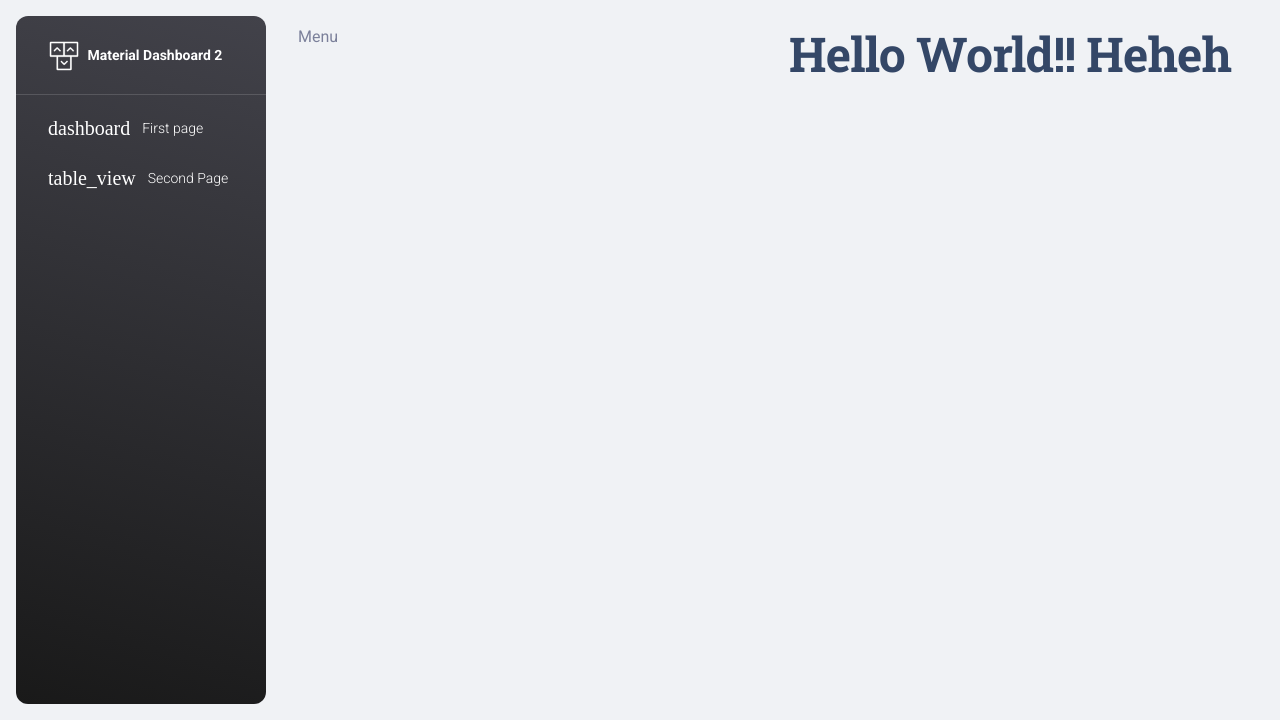
Repository: thyagobrejao/hassio-addons
Page: http://localhost/
The author's editor kept a copy of each file at every save. The page is drawn from the files as they stood at one save, then again after the next save.
The browser window is 1280 px wide. The pictures show the whole page.
Some web libraries are served in a nearby version. The page is served by the project's application, run on Flask 3 (cloudflare_tunnel/front/app.py). Other server files are loaded and not shown.

Above is the page before, as saved 2022-05-18 17:39:24.

### cloudflare_tunnel/front/templates/hello.html
{% extends "base.html" %} {% block title %}Index{% endblock %} {% block content
%}
<div class="row">
  <div class="col">Menu</div>
  <div class="col">
    <h1>Hello World!! Heheh</h1>
  </div>
</div>
{% endblock %}

### cloudflare_tunnel/front/templates/base.html
<!--
=========================================================
* Material Dashboard 2 - v3.0.0
=========================================================

* Product Page: https://www.creative-tim.com/product/material-dashboard
* Copyright 2021 Creative Tim (https://www.creative-tim.com)
* Licensed under MIT (https://www.creative-tim.com/license)
* Coded by Creative Tim

=========================================================

* The above copyright notice and this permission notice shall be included in all copies or substantial portions of the Software.
-->
<!DOCTYPE html>
<html lang="en">
  <head>
    <meta charset="utf-8" />
    <meta
      name="viewport"
      content="width=device-width, initial-scale=1, shrink-to-fit=no"
    />
    <link
      rel="apple-touch-icon"
      sizes="76x76"
      href="{{ url_for('static', filename='assets/img/apple-icon.png') }}"
    />
    <link rel="icon" type="image/png" href="{{ url_for('static', filename='assets/img/favicon.png') }}" />
    {% block head %}
    <title>{% block title %}{% endblock %} - DJTec</title>
    {% endblock %}
    <!--     Fonts and icons     -->
    <link
      rel="stylesheet"
      type="text/css"
      href="https://fonts.googleapis.com/css?family=Roboto:300,400,500,700,900|Roboto+Slab:400,700"
    />
    <!-- Nucleo Icons -->
    <link href="{{ url_for('static', filename='assets/css/nucleo-icons.css') }}" rel="stylesheet" />
    <link href="{{ url_for('static', filename='assets/css/nucleo-svg.css') }}" rel="stylesheet" />
    <!-- Font Awesome Icons -->
    <script
      src="https://kit.fontawesome.com/42d5adcbca.js"
      crossorigin="anonymous"
    ></script>
    <!-- Material Icons -->
    <link
      href="https://fonts.googleapis.com/icon?family=Material+Icons+Round"
      rel="stylesheet"
    />
    <!-- CSS Files -->
    <link
      id="pagestyle"
      href="{{ url_for('static', filename='assets/css/material-dashboard.css') }}"
      rel="stylesheet"
    />
  </head>

  <body class="g-sidenav-show bg-gray-200">
    <aside
      class="sidenav navbar navbar-vertical navbar-expand-xs border-0 border-radius-xl my-3 fixed-start ms-3 bg-gradient-dark"
      id="sidenav-main"
    >
      <div class="sidenav-header">
        <i
          class="fas fa-times p-3 cursor-pointer text-white opacity-5 position-absolute end-0 top-0 d-none d-xl-none"
          aria-hidden="true"
          id="iconSidenav"
        ></i>
        <a
          class="navbar-brand m-0"
          href=" https://demos.creative-tim.com/material-dashboard/pages/dashboard "
          target="_blank"
        >
          <img
            src="{{ url_for('static', filename='assets/img/logo-ct.png') }}"
            class="navbar-brand-img h-100"
            alt="main_logo"
          />
          <span class="ms-1 font-weight-bold text-white"
            >Material Dashboard 2</span
          >
        </a>
      </div>
      <hr class="horizontal light mt-0 mb-2" />
      <div
        class="collapse navbar-collapse w-auto max-height-vh-100"
        id="sidenav-collapse-main"
      >
        <ul class="navbar-nav">
          <li class="nav-item">
            <a class="nav-link text-white" href="../pages/dashboard.html">
              <div
                class="text-white text-center me-2 d-flex align-items-center justify-content-center"
              >
                <i class="material-icons opacity-10">dashboard</i>
              </div>
              <span class="nav-link-text ms-1">First page</span>
            </a>
          </li>
          <li class="nav-item">
            <a class="nav-link text-white" href="../pages/tables.html">
              <div
                class="text-white text-center me-2 d-flex align-items-center justify-content-center"
              >
                <i class="material-icons opacity-10">table_view</i>
              </div>
              <span class="nav-link-text ms-1">Second Page</span>
            </a>
          </li>
        </ul>
      </div>
    </aside>
    <main
      class="main-content position-relative max-height-vh-100 h-100 border-radius-lg"
    >
      <div class="container-fluid py-4">
        <div class="row min-vh-80 h-100">
          <div class="col-12">{% block content %}{% endblock %}</div>
        </div>
      </div>
    </main>
    <!--   Core JS Files   -->
    <script src="{{ url_for('static', filename='assets/js/core/popper.min.js') }}"></script>
    <script src="{{ url_for('static', filename='assets/js/core/bootstrap.min.js') }}"></script>
    <script src="{{ url_for('static', filename='assets/js/plugins/perfect-scrollbar.min.js') }}"></script>
    <script src="{{ url_for('static', filename='assets/js/plugins/smooth-scrollbar.min.js') }}"></script>
    <script>
      var win = navigator.platform.indexOf("Win") > -1;
      if (win && document.querySelector("#sidenav-scrollbar")) {
        var options = {
          damping: "0.5",
        };
        Scrollbar.init(document.querySelector("#sidenav-scrollbar"), options);
      }
    </script>
    <!-- Github buttons -->
    <script async defer src="https://buttons.github.io/buttons.js"></script>
    <!-- Control Center for Material Dashboard: parallax effects, scripts for the example pages etc -->
    <script src="{{ url_for('static', filename='assets/js/material-dashboard.min.js') }}"></script>
  </body>
</html>

### cloudflare_tunnel/front/app.py
from flask import Flask, render_template

app = Flask(__name__)


@app.route("/")
def hello_world():
    return render_template('hello.html')


if __name__ == "__main__":
    app.run(host="0.0.0.0")

### cloudflare_tunnel/front/static/assets/css/nucleo-icons.css
/*--------------------------------

hermes-dashboard-icons Web Font - built using nucleoapp.com
License - nucleoapp.com/license/

-------------------------------- */
@font-face {
  font-family: 'NucleoIcons';
  src: url('../fonts/nucleo-icons.eot');
  src: url('../fonts/nucleo-icons.eot') format('embedded-opentype'), url('../fonts/nucleo-icons.woff2') format('woff2'), url('../fonts/nucleo-icons.woff') format('woff'), url('../fonts/nucleo-icons.ttf') format('truetype'), url('../fonts/nucleo-icons.svg') format('svg');
  font-weight: normal;
  font-style: normal;
}

/*------------------------
    base class definition
-------------------------*/
.ni {
  display: inline-block;
  font: normal normal normal 14px/1 NucleoIcons;
  font-size: inherit;
  text-rendering: auto;
  -webkit-font-smoothing: antialiased;
  -moz-osx-font-smoothing: grayscale;
}

/*------------------------
  change icon size
-------------------------*/
.ni-lg {
  font-size: 1.33333333em;
  line-height: 0.75em;
  vertical-align: -15%;
}

.ni-2x {
  font-size: 2em;
}

.ni-3x {
  font-size: 3em;
}

.ni-4x {
  font-size: 4em;
}

.ni-5x {
  font-size: 5em;
}

/*----------------------------------
  add a square/circle background
-----------------------------------*/
.ni.square,
.ni.circle {
  padding: 0.33333333em;
  vertical-align: -16%;
  background-color: #eee;
}

.ni.circle {
  border-radius: 50%;
}

/*------------------------
  list icons
-------------------------*/
.ni-ul {
  padding-left: 0;
  margin-left: 2.14285714em;
  list-style-type: none;
}

.ni-ul>li {
  position: relative;
}

.ni-ul>li>.ni {
  position: absolute;
  left: -1.57142857em;
  top: 0.14285714em;
  text-align: center;
}

.ni-ul>li>.ni.lg {
  top: 0;
  left: -1.35714286em;
}

.ni-ul>li>.ni.circle,
.ni-ul>li>.ni.square {
  top: -0.19047619em;
  left: -1.9047619em;
}

/*------------------------
  spinning icons
-------------------------*/
.ni.spin {
  -webkit-animation: nc-spin 2s infinite linear;
  -moz-animation: nc-spin 2s infinite linear;
  animation: nc-spin 2s infinite linear;
}

@-webkit-keyframes nc-spin {
  0% {
    -webkit-transform: rotate(0deg);
  }

  100% {
    -webkit-transform: rotate(360deg);
  }
}

@-moz-keyframes nc-spin {
  0% {
    -moz-transform: rotate(0deg);
  }

  100% {
    -moz-transform: rotate(360deg);
  }
}

@keyframes nc-spin {
  0% {
    -webkit-transform: rotate(0deg);
    -moz-transform: rotate(0deg);
    -ms-transform: rotate(0deg);
    -o-transform: rotate(0deg);
    transform: rotate(0deg);
  }

  100% {
    -webkit-transform: rotate(360deg);
    -moz-transform: rotate(360deg);
    -ms-transform: rotate(360deg);
    -o-transform: rotate(360deg);
    transform: rotate(360deg);
  }
}

/*------------------------
  rotated/flipped icons
-------------------------*/
.ni.rotate-90 {
  filter: progid:DXImageTransform.Microsoft.BasicImage(rotation=1);
  -webkit-transform: rotate(90deg);
  -moz-transform: rotate(90deg);
  -ms-transform: rotate(90deg);
  -o-transform: rotate(90deg);
  transform: rotate(90deg);
}

.ni.rotate-180 {
  filter: progid:DXImageTransform.Microsoft.BasicImage(rotation=2);
  -webkit-transform: rotate(180deg);
  -moz-transform: rotate(180deg);
  -ms-transform: rotate(180deg);
  -o-transform: rotate(180deg);
  transform: rotate(180deg);
}

.ni.rotate-270 {
  filter: progid:DXImageTransform.Microsoft.BasicImage(rotation=3);
  -webkit-transform: rotate(270deg);
  -moz-transform: rotate(270deg);
  -ms-transform: rotate(270deg);
  -o-transform: rotate(270deg);
  transform: rotate(270deg);
}

.ni.flip-y {
  filter: progid:DXImageTransform.Microsoft.BasicImage(rotation=0);
  -webkit-transform: scale(-1, 1);
  -moz-transform: scale(-1, 1);
  -ms-transform: scale(-1, 1);
  -o-transform: scale(-1, 1);
  transform: scale(-1, 1);
}

.ni.flip-x {
  filter: progid:DXImageTransform.Microsoft.BasicImage(rotation=2);
  -webkit-transform: scale(1, -1);
  -moz-transform: scale(1, -1);
  -ms-transform: scale(1, -1);
  -o-transform: scale(1, -1);
  transform: scale(1, -1);
}

/*------------------------
    font icons
-------------------------*/

.ni-active-40::before {
  content: "\ea02";
}

.ni-air-baloon::before {
  content: "\ea03";
}

.ni-album-2::before {
  content: "\ea04";
}

.ni-align-center::before {
  content: "\ea05";
}

.ni-align-left-2::before {
  content: "\ea06";
}

.ni-ambulance::before {
  content: "\ea07";
}

.ni-app::before {
  content: "\ea08";
}

.ni-archive-2::before {
  content: "\ea09";
}

.ni-atom::before {
  content: "\ea0a";
}

.ni-badge::before {
  content: "\ea0b";
}

.ni-bag-17::before {
  content: "\ea0c";
}

.ni-basket::before {
  content: "\ea0d";
}

.ni-bell-55::before {
  content: "\ea0e";
}

.ni-bold-down::before {
  content: "\ea0f";
}

.ni-bold-left::before {
  content: "\ea10";
}

.ni-bold-right::before {
  content: "\ea11";
}

.ni-bold-up::before {
  content: "\ea12";
}

.ni-bold::before {
  content: "\ea13";
}

.ni-book-bookmark::before {
  content: "\ea14";
}

.ni-books::before {
  content: "\ea15";
}

.ni-box-2::before {
  content: "\ea16";
}

.ni-briefcase-24::before {
  content: "\ea17";
}

.ni-building::before {
  content: "\ea18";
}

.ni-bulb-61::before {
  content: "\ea19";
}

.ni-bullet-list-67::before {
  content: "\ea1a";
}

.ni-bus-front-12::before {
  content: "\ea1b";
}

.ni-button-pause::before {
  content: "\ea1c";
}

.ni-button-play::before {
  content: "\ea1d";
}

.ni-button-power::before {
  content: "\ea1e";
}

.ni-calendar-grid-58::before {
  content: "\ea1f";
}

.ni-camera-compact::before {
  content: "\ea20";
}

.ni-caps-small::before {
  content: "\ea21";
}

.ni-cart::before {
  content: "\ea22";
}

.ni-chart-bar-32::before {
  content: "\ea23";
}

.ni-chart-pie-35::before {
  content: "\ea24";
}

.ni-chat-round::before {
  content: "\ea25";
}

.ni-check-bold::before {
  content: "\ea26";
}

.ni-circle-08::before {
  content: "\ea27";
}

.ni-cloud-download-95::before {
  content: "\ea28";
}

.ni-cloud-upload-96::before {
  content: "\ea29";
}

.ni-compass-04::before {
  content: "\ea2a";
}

.ni-controller::before {
  content: "\ea2b";
}

.ni-credit-card::before {
  content: "\ea2c";
}

.ni-curved-next::before {
  content: "\ea2d";
}

.ni-delivery-fast::before {
  content: "\ea2e";
}

.ni-diamond::before {
  content: "\ea2f";
}

.ni-email-83::before {
  content: "\ea30";
}

.ni-fat-add::before {
  content: "\ea31";
}

.ni-fat-delete::before {
  content: "\ea32";
}

.ni-fat-remove::before {
  content: "\ea33";
}

.ni-favourite-28::before {
  content: "\ea34";
}

.ni-folder-17::before {
  content: "\ea35";
}

.ni-glasses-2::before {
  content: "\ea36";
}

.ni-hat-3::before {
  content: "\ea37";
}

.ni-headphones::before {
  content: "\ea38";
}

.ni-html5::before {
  content: "\ea39";
}

.ni-istanbul::before {
  content: "\ea3a";
}

.ni-key-25::before {
  content: "\ea3b";
}

.ni-laptop::before {
  content: "\ea3c";
}

.ni-like-2::before {
  content: "\ea3d";
}

.ni-lock-circle-open::before {
  content: "\ea3e";
}

.ni-map-big::before {
  content: "\ea3f";
}

.ni-mobile-button::before {
  content: "\ea40";
}

.ni-money-coins::before {
  content: "\ea41";
}

.ni-note-03::before {
  content: "\ea42";
}

.ni-notification-70::before {
  content: "\ea43";
}

.ni-palette::before {
  content: "\ea44";
}

.ni-paper-diploma::before {
  content: "\ea45";
}

.ni-pin-3::before {
  content: "\ea46";
}

.ni-planet::before {
  content: "\ea47";
}

.ni-ruler-pencil::before {
  content: "\ea48";
}

.ni-satisfied::before {
  content: "\ea49";
}

.ni-scissors::before {
  content: "\ea4a";
}

.ni-send::before {
  content: "\ea4b";
}

.ni-settings-gear-65::before {
  content: "\ea4c";
}

.ni-settings::before {
  content: "\ea4d";
}

.ni-single-02::before {
  content: "\ea4e";
}

.ni-single-copy-04::before {
  content: "\ea4f";
}

.ni-sound-wave::before {
  content: "\ea50";
}

.ni-spaceship::before {
  content: "\ea51";
}

.ni-square-pin::before {
  content: "\ea52";
}

.ni-support-16::before {
  content: "\ea53";
}

.ni-tablet-button::before {
  content: "\ea54";
}

.ni-tag::before {
  content: "\ea55";
}

.ni-tie-bow::before {
  content: "\ea56";
}

.ni-time-alarm::before {
  content: "\ea57";
}

.ni-trophy::before {
  content: "\ea58";
}

.ni-tv-2::before {
  content: "\ea59";
}

.ni-umbrella-13::before {
  content: "\ea5a";
}

.ni-user-run::before {
  content: "\ea5b";
}

.ni-vector::before {
  content: "\ea5c";
}

.ni-watch-time::before {
  content: "\ea5d";
}

.ni-world::before {
  content: "\ea5e";
}

.ni-zoom-split-in::before {
  content: "\ea5f";
}

.ni-collection::before {
  content: "\ea60";
}

.ni-image::before {
  content: "\ea61";
}

.ni-shop::before {
  content: "\ea62";
}

.ni-ungroup::before {
  content: "\ea63";
}

.ni-world-2::before {
  content: "\ea64";
}

.ni-ui-04::before {
  content: "\ea65";
}


/* all icon font classes list here */

### cloudflare_tunnel/front/static/assets/css/nucleo-svg.css
/* Generated using nucleoapp.com */
/* --------------------------------

Icon colors

-------------------------------- */

.icon {
  display: inline-block;
  /* icon primary color */
  color: #111111;
  height: 1em;
  width: 1em;
}

.icon use {
  /* icon secondary color - fill */
  fill: #7ea6f6;
}

.icon.icon-outline use {
  /* icon secondary color - stroke */
  stroke: #7ea6f6;
}

/* --------------------------------

Change icon size

-------------------------------- */

.icon-xs {
  height: 0.5em;
  width: 0.5em;
}

.icon-sm {
  height: 0.8em;
  width: 0.8em;
}

.icon-lg {
  height: 1.6em;
  width: 1.6em;
}

.icon-xl {
  height: 2em;
  width: 2em;
}

/* --------------------------------

Align icon and text

-------------------------------- */

.icon-text-aligner {
  /* add this class to parent element that contains icon + text */
  display: flex;
  align-items: center;
}

.icon-text-aligner .icon {
  color: inherit;
  margin-right: 0.4em;
}

.icon-text-aligner .icon use {
  color: inherit;
  fill: currentColor;
}

.icon-text-aligner .icon.icon-outline use {
  stroke: currentColor;
}

/* --------------------------------

Icon reset values - used to enable color customizations

-------------------------------- */

.icon {
  fill: currentColor;
  stroke: none;
}

.icon.icon-outline {
  fill: none;
  stroke: currentColor;
}

.icon use {
  stroke: none;
}

.icon.icon-outline use {
  fill: none;
}

/* --------------------------------

Stroke effects - Nucleo outline icons

- 16px icons -> up to 1px stroke (16px outline icons do not support stroke changes)
- 24px, 32px icons -> up to 2px stroke
- 48px, 64px icons -> up to 4px stroke

-------------------------------- */

.icon-outline.icon-stroke-1 {
  stroke-width: 1px;
}

.icon-outline.icon-stroke-2 {
  stroke-width: 2px;
}

.icon-outline.icon-stroke-3 {
  stroke-width: 3px;
}

.icon-outline.icon-stroke-4 {
  stroke-width: 4px;
}

.icon-outline.icon-stroke-1 use,
.icon-outline.icon-stroke-3 use {
  -webkit-transform: translateX(0.5px) translateY(0.5px);
  -moz-transform: translateX(0.5px) translateY(0.5px);
  -ms-transform: translateX(0.5px) translateY(0.5px);
  -o-transform: translateX(0.5px) translateY(0.5px);
  transform: translateX(0.5px) translateY(0.5px);
}

Loaded but not shown: cloudflare_tunnel/front/static/assets/css/material-dashboard.css (library); cloudflare_tunnel/front/static/assets/js/core/popper.min.js (library); cloudflare_tunnel/front/static/assets/js/core/bootstrap.min.js (library); cloudflare_tunnel/front/static/assets/js/plugins/perfect-scrollbar.min.js (library); cloudflare_tunnel/front/static/assets/js/plugins/smooth-scrollbar.min.js (library); cloudflare_tunnel/front/static/assets/js/material-dashboard.min.js (library)

After the next save:
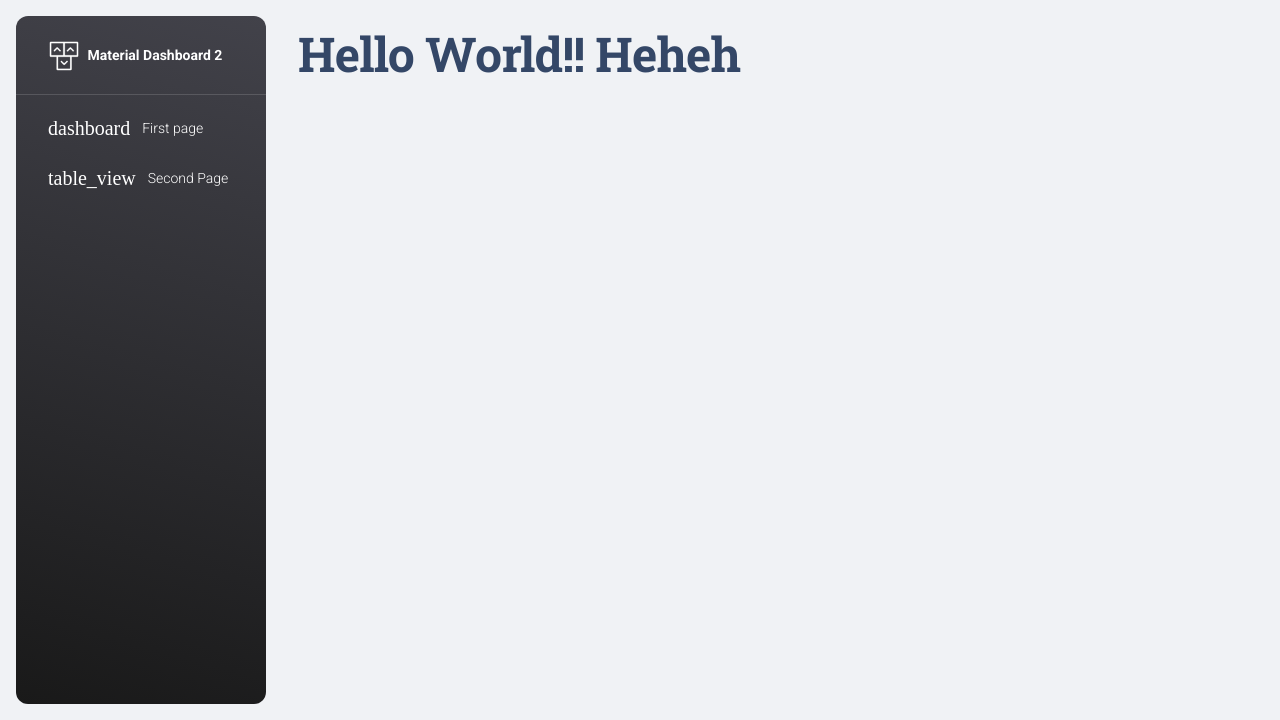
Saved 96 s later.
--- a/cloudflare_tunnel/front/templates/hello.html
+++ b/cloudflare_tunnel/front/templates/hello.html
@@ -1,9 +1,4 @@
 {% extends "base.html" %} {% block title %}Index{% endblock %} {% block content
 %}
-<div class="row">
-  <div class="col">Menu</div>
-  <div class="col">
     <h1>Hello World!! Heheh</h1>
-  </div>
-</div>
 {% endblock %}
